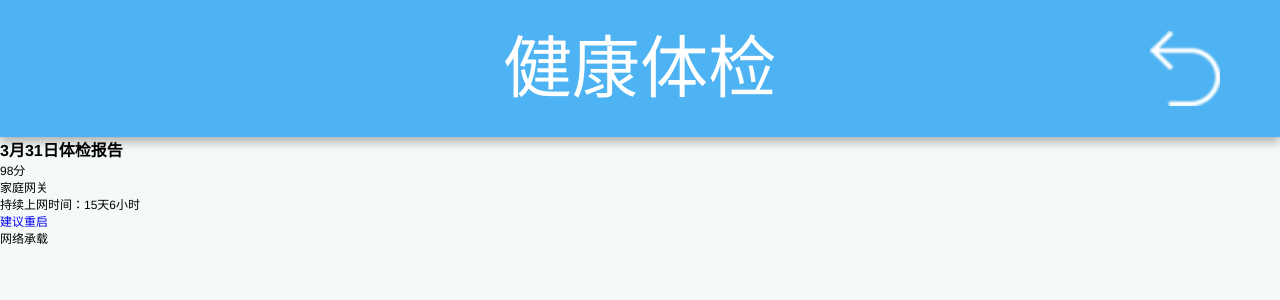
Repository: wangbiaozy/8.24
Page: index_health.html
These files come from the project's save history. The page is drawn as it stood at one moment and after the next save; the edit follows.
The browser window is 1280 px wide. The pictures show the whole page.

Above is the page before, as saved 2018-08-23 20:23:44.

After the next save:
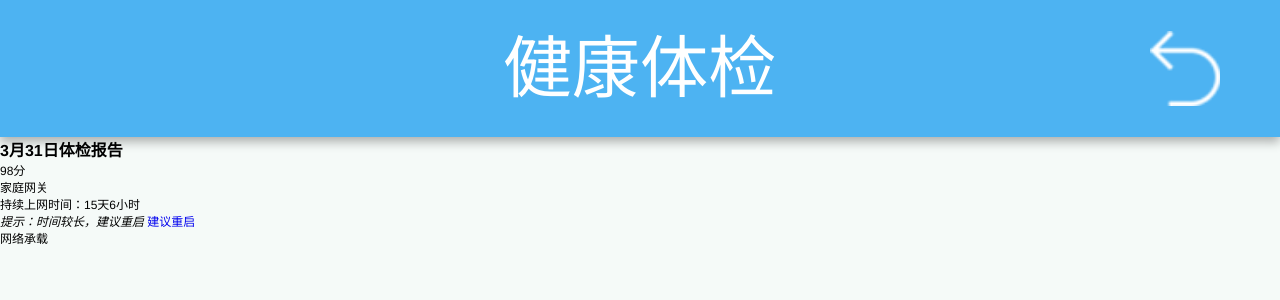
Saved 24 s later.
--- a/index_health.html
+++ b/index_health.html
@@ -30,6 +30,7 @@
         <ul>
             <li>
                 <p>持续上网时间：<span>15天6小时</span></p>
+                <i>提示：时间较长，建议重启</i>
                 <a href="javascript:void(0)">建议重启</a>
             </li>
         </ul>
